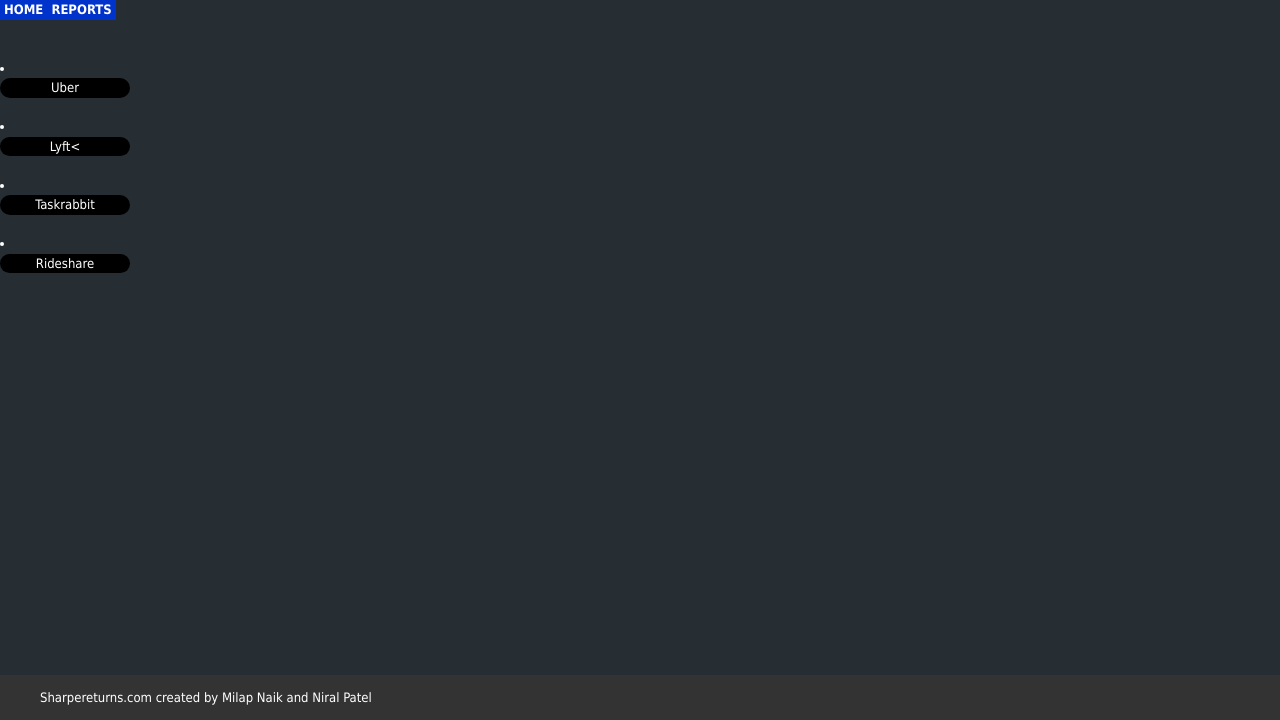
Repository: MilapNaik/Sharpereturns
Page: share.html
The author's editor kept a record of every edit. The page is drawn from the files as they stood at one moment, then again after the next edit.
The browser window is 1280 px wide. The pictures show the whole page.

Above is the page before.

After the next edit:
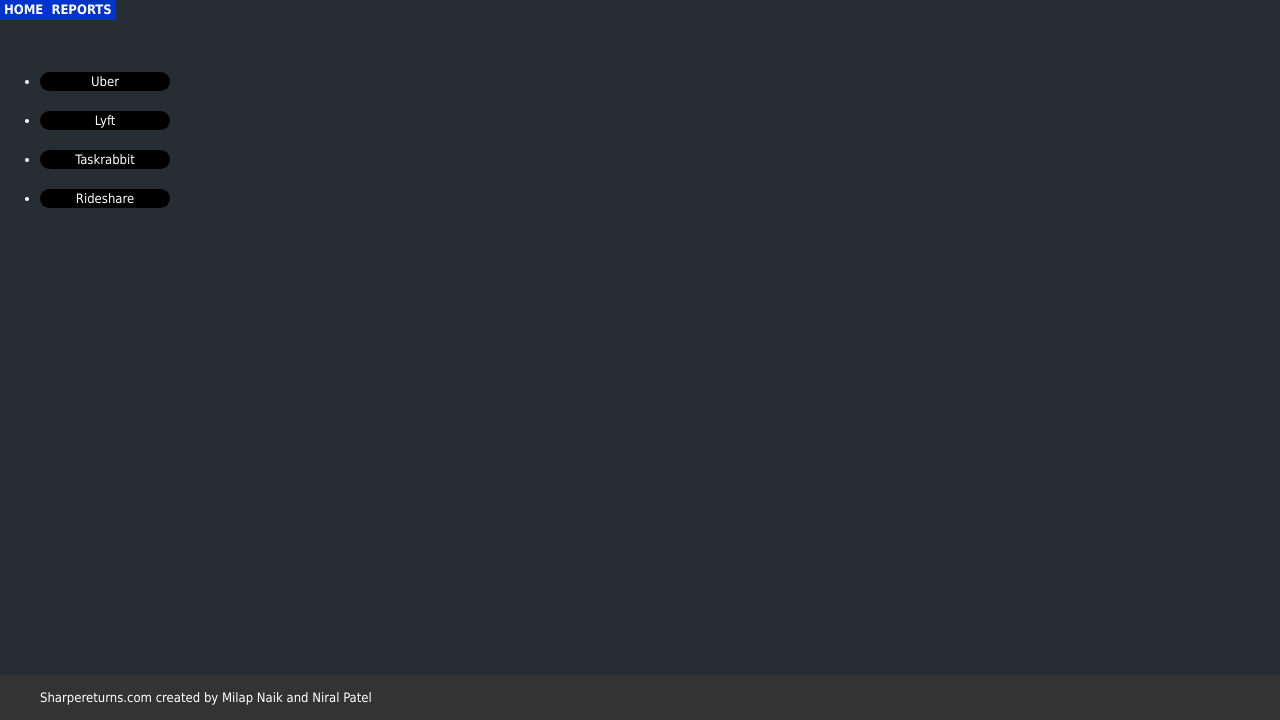
The edit:
--- a/share.html
+++ b/share.html
@@ -23,10 +23,11 @@
 	<br>
 
 	<section>
-	<li><a href="">Uber</a></li><br>
-	<li><a href="">Lyft<</a></li><br>
-	<li><a href="">Taskrabbit</a></li><br>
-	<li><a href="">Rideshare</a></li><br>
+	<ul>
+		<li><a href="">Uber</a></li><br>
+		<li><a href="">Lyft</a></li><br>
+		<li><a href="">Taskrabbit</a></li><br>
+		<li><a href="">Rideshare</a></li><br>
 	</section>
 
 
